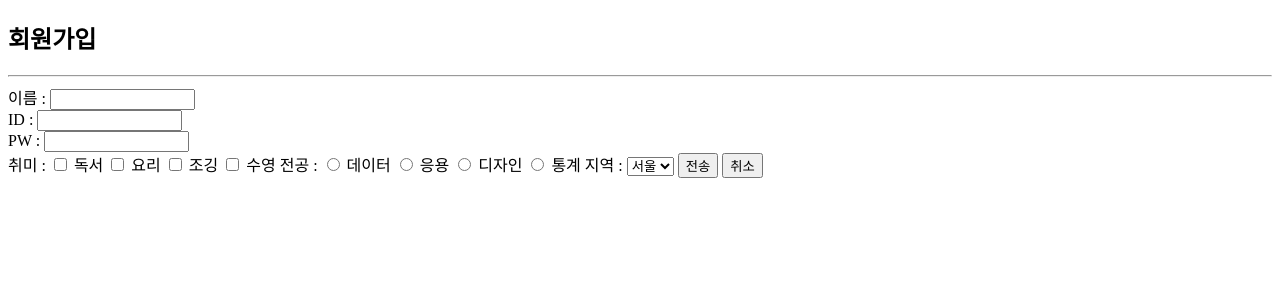
Repository: xxihyun0830/JSP
Page: http://localhost/Day3_getpost/join.jsp
An editor plug-in stored every save of this project. The page is shown before and after the next save, followed by the edit.
The browser window is 1280 px wide. The pictures show the whole page.
The page is served by Tomcat 9. Other server files are loaded and not shown.

Above is the page before, as saved 2019-07-11 05:07:29.

### Day3_getpost/WebContent/join.jsp
<%@ page language="java" contentType="text/html; charset=utf-8"
    pageEncoding="utf-8"%>
<!DOCTYPE html>
<html>
<head>
<meta charset="utf-8">
<title>가입창_내가 하는 실습</title>
</head>
<body>
<h2>회원가입</h2> <hr>

<form action = "JoinOk" method = "get">
이름 : <input type = "text" name = "name" size= 15 > <br>
ID : <input type = "text" name = "id" size= 15> <br>
PW : <input type = "password" name = "pw" size = 15> <br>
취미 : <input type = "checkbox" name = "hobby" value = "reading"> 독서
      <input type = "checkbox" name = "hobby" value = "cooking"> 요리
      <input type = "checkbox" name = "hobby" value = "jogging"> 조깅
      <input type = "checkbox" name = "hobby" value = "swimming"> 수영
전공 : <input type = "radio" name = "major" value = "DataTech"> 데이터
      <input type = "radio" name = "major" value = "응용"> 응용
      <input type = "radio" name = "major" value = "design"> 디자인
      <input type = "radio" name = "major" value="statics"> 통계
지역 : <select name = "region">
      <option value = "Seoul"> 서울
      <option value = "Deagu"> 대구
      <option value = "Gwangju"> 광주
      <option value = "Busan"> 부산
</select>

<input type = "submit" value = "전송">
<input type = "submit" value = "취소">
</form>



</body>
</html>

After the next save:
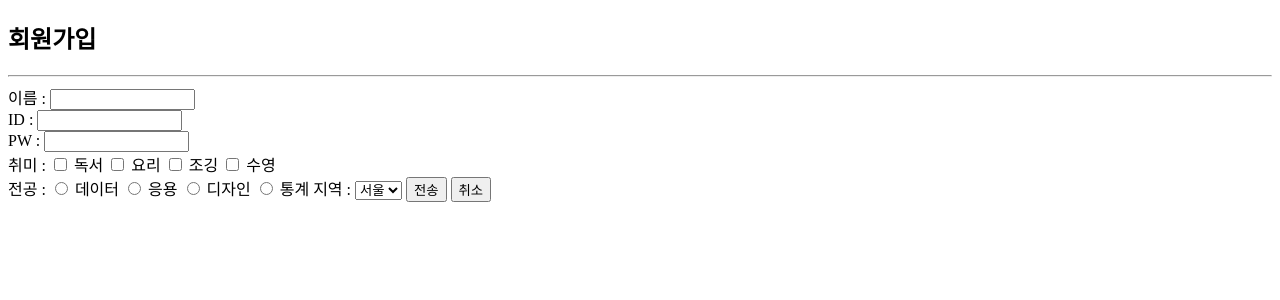
Saved 17 s later.
--- a/Day3_getpost/WebContent/join.jsp
+++ b/Day3_getpost/WebContent/join.jsp
@@ -16,7 +16,7 @@ PW : <input type = "password" name = "pw" size = 15> <br>
 취미 : <input type = "checkbox" name = "hobby" value = "reading"> 독서
       <input type = "checkbox" name = "hobby" value = "cooking"> 요리
       <input type = "checkbox" name = "hobby" value = "jogging"> 조깅
-      <input type = "checkbox" name = "hobby" value = "swimming"> 수영
+      <input type = "checkbox" name = "hobby" value = "swimming"> 수영 <br>
 전공 : <input type = "radio" name = "major" value = "DataTech"> 데이터
       <input type = "radio" name = "major" value = "응용"> 응용
       <input type = "radio" name = "major" value = "design"> 디자인
